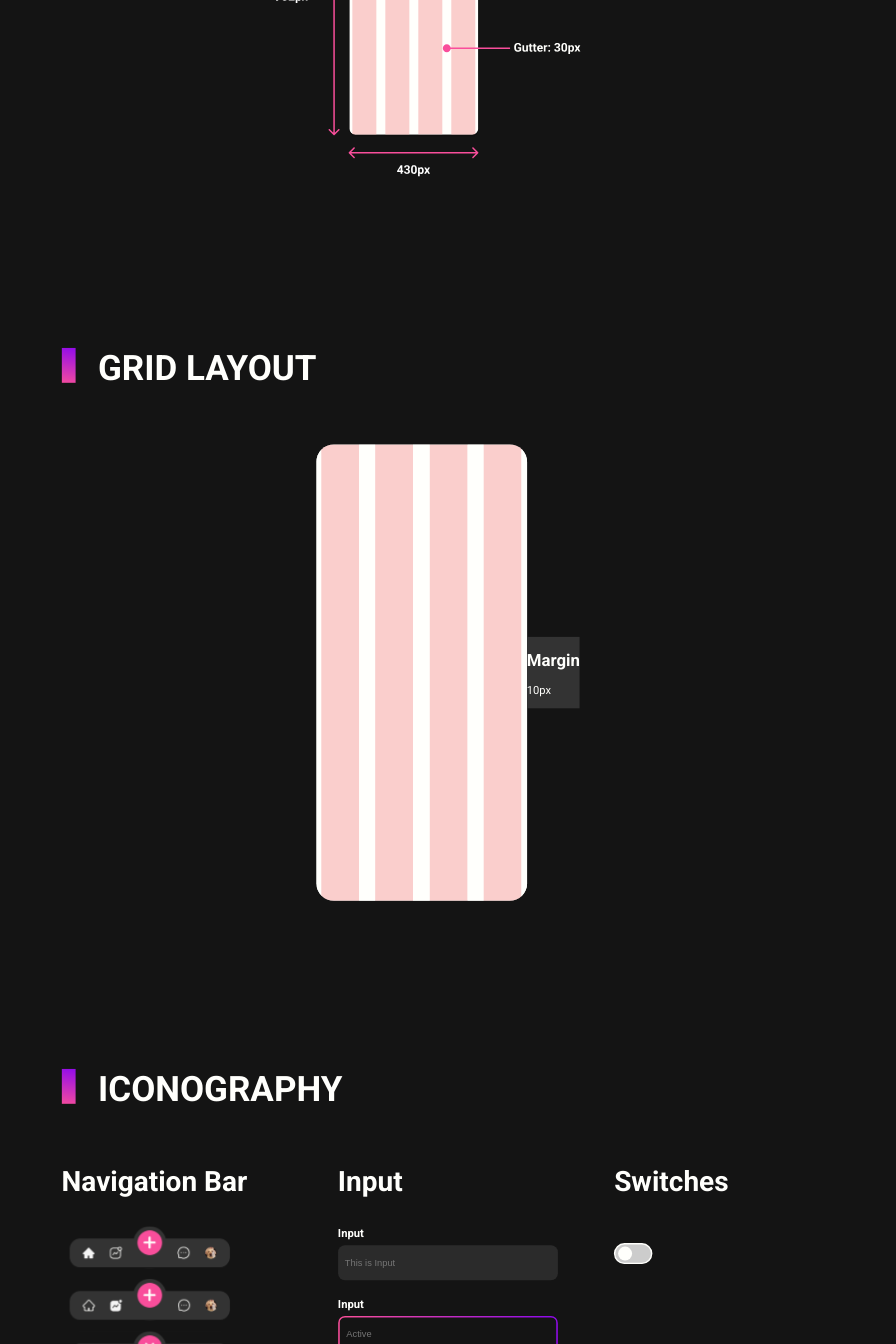
Repository: MonicaNguyenH/artflow_frontend_vanJS
Page: index.html
The author's editor kept a copy of each file at every save. The page is drawn from the files as they stood at one save, then again after the next save.
The browser window is 1280 px wide. The pictures show the part of the page from y = 2847 to 4767 px (the page is 6020 px tall), at 70% of full size.
Some web fonts or font styles are not loaded; a fallback is used.

Above is the page before, as saved 2024-05-07 11:10:55.

After the next save:
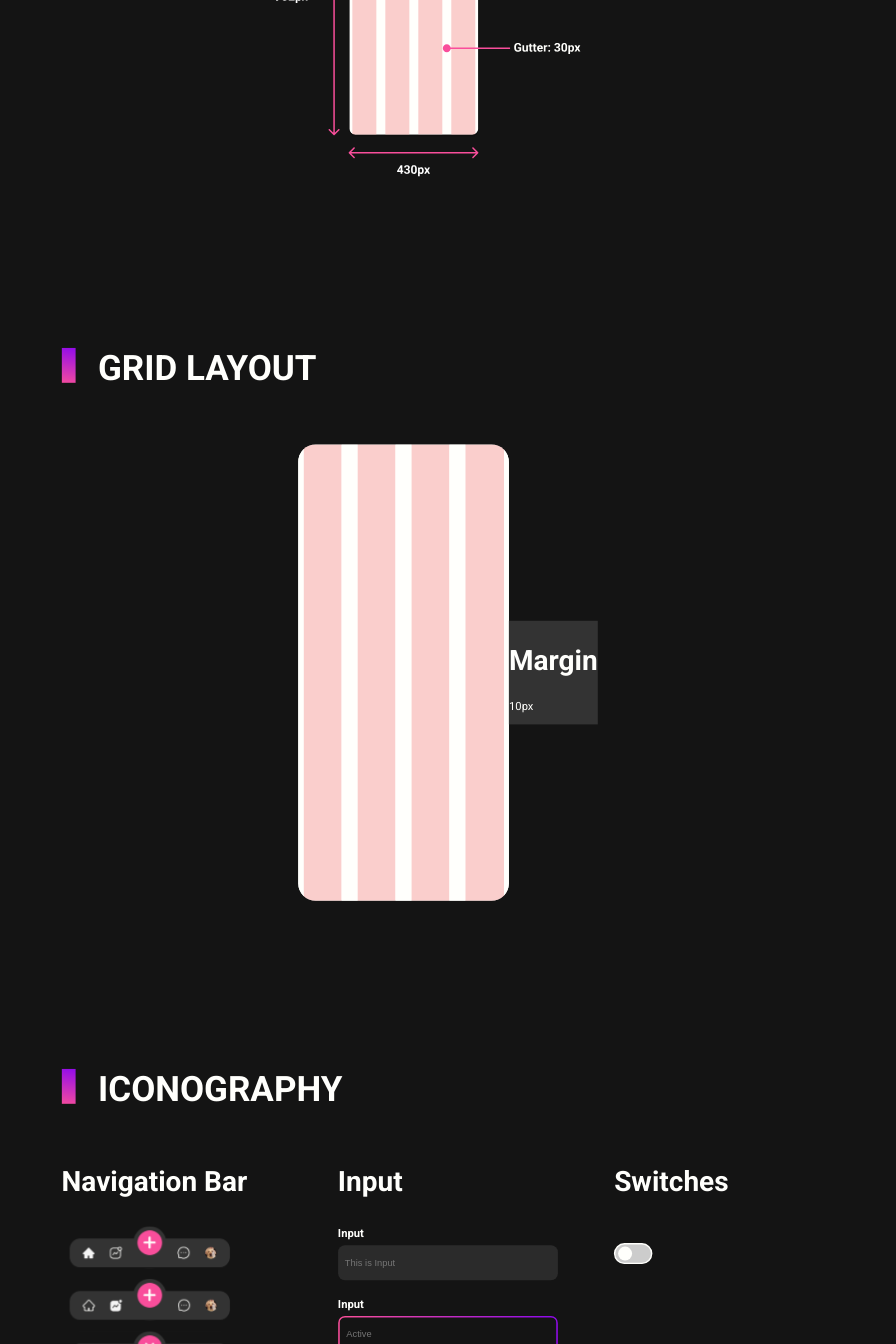
Saved 7 s later.
--- a/css/style.css
+++ b/css/style.css
@@ -527,7 +527,7 @@ input:checked + .slider:before {
 }
 
 .grid-overlay-h1 {
-    font: 40px;
+    font-size: 40px;
 }
 
 
